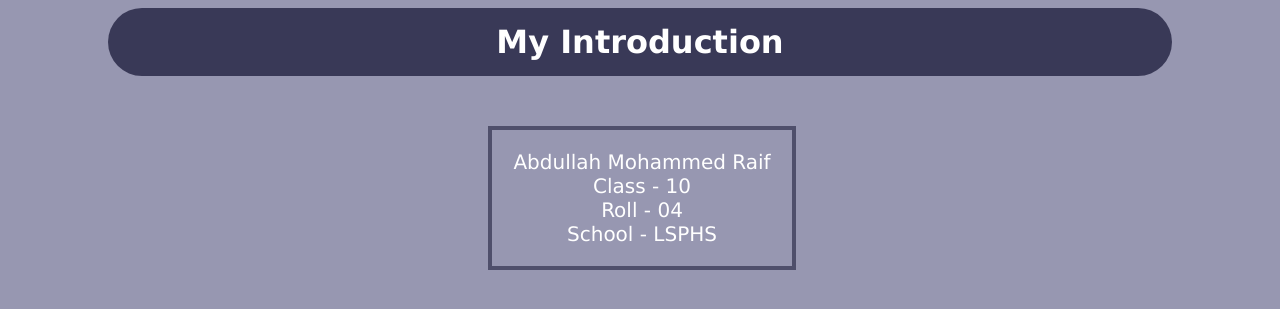
Repository: Raif-007/Portfolio
Page: index.html
An editor plug-in stored every save of this project. The page is shown before and after the next save, followed by the edit.
The browser window is 1280 px wide. The pictures show the whole page.

Above is the page before, as saved 2021-07-05 17:16:11.

### index.html
<!DOCTYPE html>
<html lang="en">

<head>
    <meta charset="UTF-8">
    <meta http-equiv="X-UA-Compatible" content="IE=edge">
    <meta name="viewport" content="width=device-width, initial-scale=1.0">
    <title>Portfolio</title>
    <link rel="stylesheet" href="styles.css">
</head>

<body>

    <h1>
        My Introduction
    </h1>
    <div>

        <p>
            Abdullah Mohammed Raif
            <br> Class - 10
            <br> Roll - 04
            <br> School - LSPHS

        </p>


    </div>
</body>

</html>

### styles.css
            body {
                background-color: rgba(54, 54, 105, 0.514);
                color: #ffffff;
                font-family: Verdana, Geneva, Tahoma, sans-serif;
                text-align: center;
            }

            h1 {
                background-color: rgba(25, 25, 56, 0.74);
                padding: 15px;
                margin: 0px 100px;
                border-radius: 50px;
            }

            div {
                font-size: 20px;
                border: 4px solid rgba(25, 25, 56, 0.568);
                width: 300px;
                margin-left: 480px;
                margin-top: 50px;
                background-color: rgba(25, 25, 56, 0.568;
            }

After the next save:
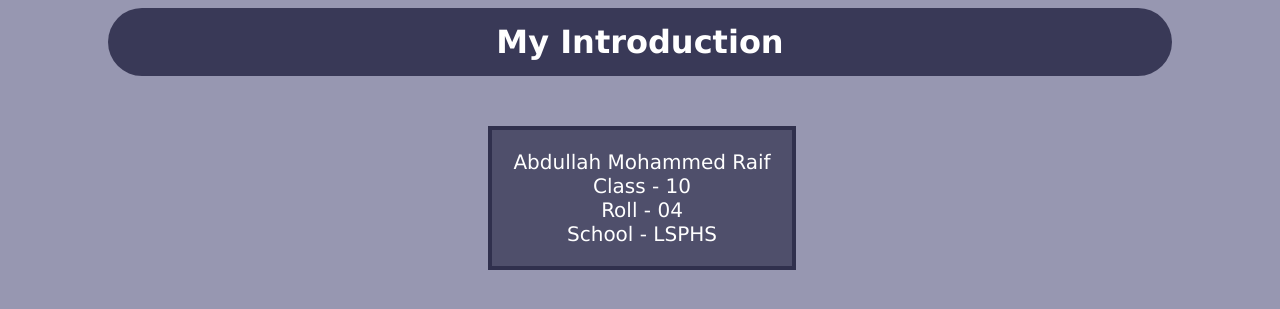
Saved 41 s later.
--- a/styles.css
+++ b/styles.css
@@ -18,5 +18,5 @@
                 width: 300px;
                 margin-left: 480px;
                 margin-top: 50px;
-                background-color: rgba(25, 25, 56, 0.568;
+                background-color: rgba(25, 25, 56, 0.568);
             }
